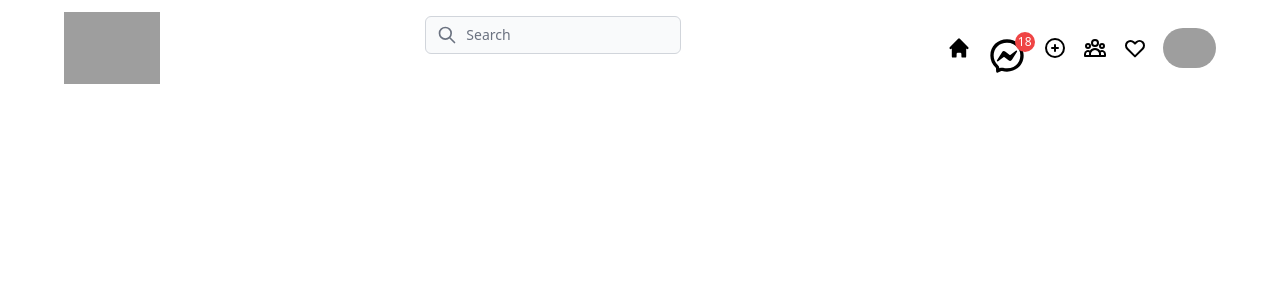
Repository: SehajBindra/insta--clone
Page: /
An editor plug-in stored every save of this project. The page is shown before and after the next save, followed by the edit.
The browser window is 1280 px wide. The pictures show the whole page.
Pictures or frames that could not be fetched are drawn as grey boxes. The project was rebuilt for these pictures with package versions that can differ from the ones it lists, and the page was loaded fresh each time. The framework's server and built-in components were replaced by stand-ins that run in the browser. Also part of the build but not shown: next.config.js.

Above is the page before, as saved 2022-04-11 02:36:30.

After the next save:
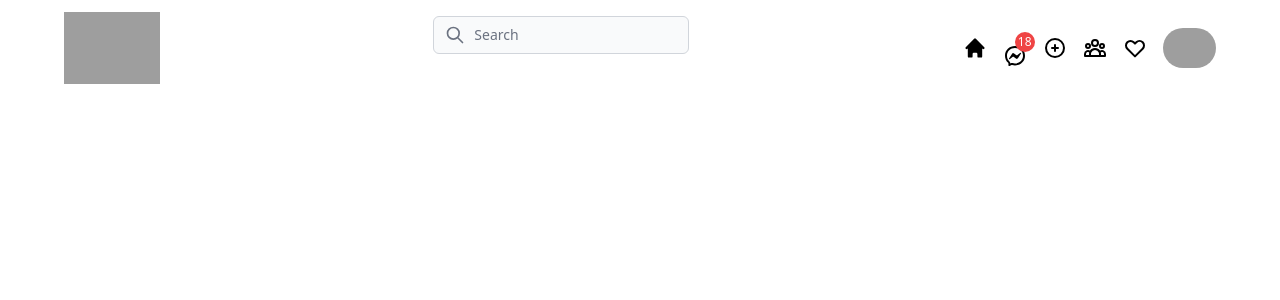
Saved 11 s later.
--- a/components/Header.js
+++ b/components/Header.js
@@ -46,7 +46,7 @@
        <HomeIcon className=" navBtn" />
        <MenuIcon className=" h-6 md:hidden cursor-pointer " />
        <div className=" relative navBtn ">
-       <RiMessengerLine className="h-10 w-10" />
+       <RiMessengerLine className="h-10 w-6" />
        <div className=" absolute -top-1 -right-2  text-xs w-5 h-5 bg-red-500  rounded-full flex items-center  justify-center animate-pulse text-white ">18</div>
        </div>
 
